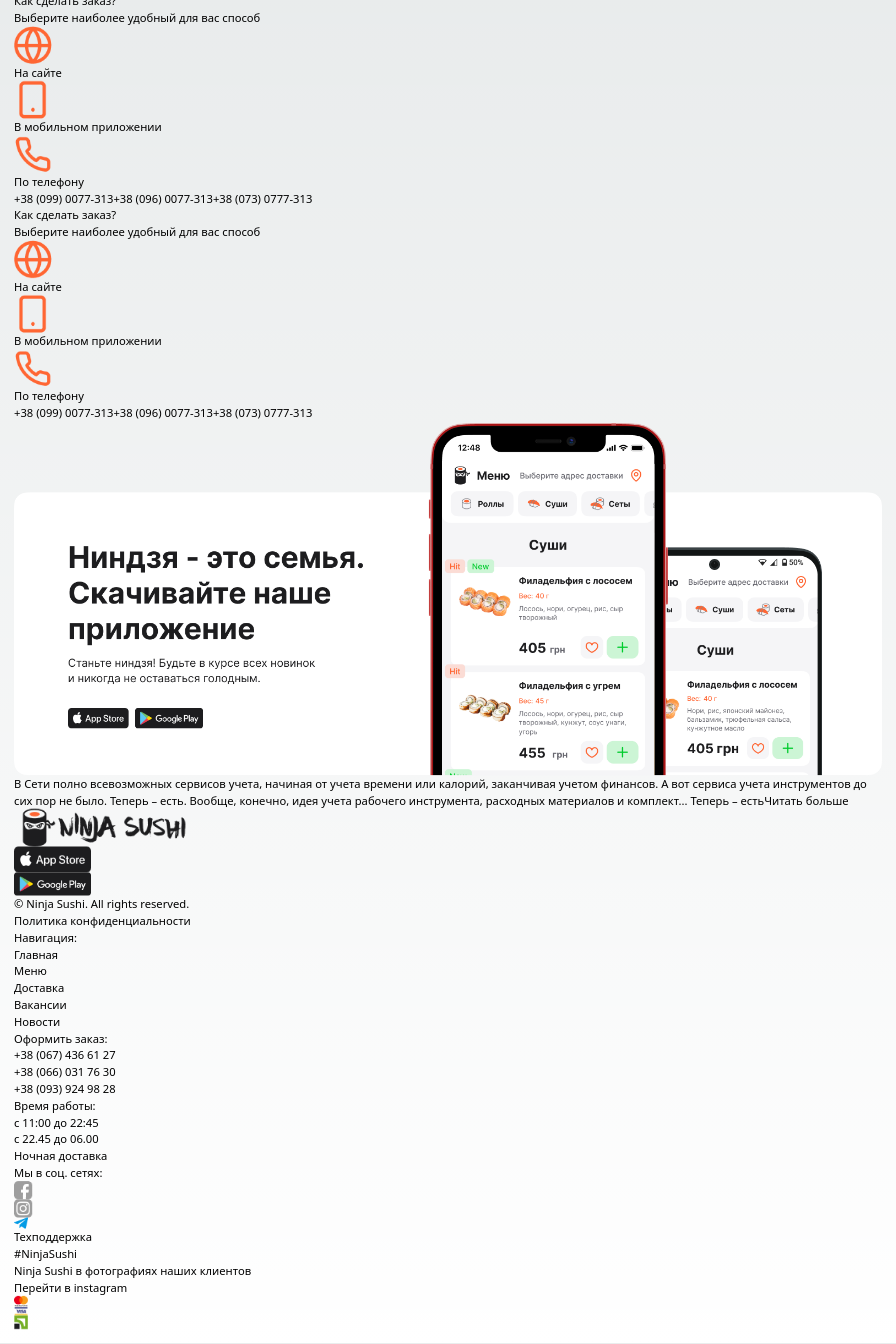
Repository: shokirovG/loyiha
Page: /Delivery
An editor plug-in stored every save of this project. The page is shown before and after a run of saves, followed by the edit.
The browser window is 1280 px wide. The pictures show the part of the page from y = 1675 to 3595 px (the page is 3595 px tall before and 3536 px after), at 70% of full size.
The project was rebuilt for these pictures with package versions that can differ from the ones it lists, and the page was loaded fresh each time. The framework's server and built-in components were replaced by stand-ins that run in the browser. Also part of the build but not shown: next.config.js, Components/Burger.jsx, Components/Categories.jsx, Components/Slider.js, Components/OpenNav.jsx.

Above is the page before, as saved 2023-07-02 15:45:13.

After the next 2 saves:
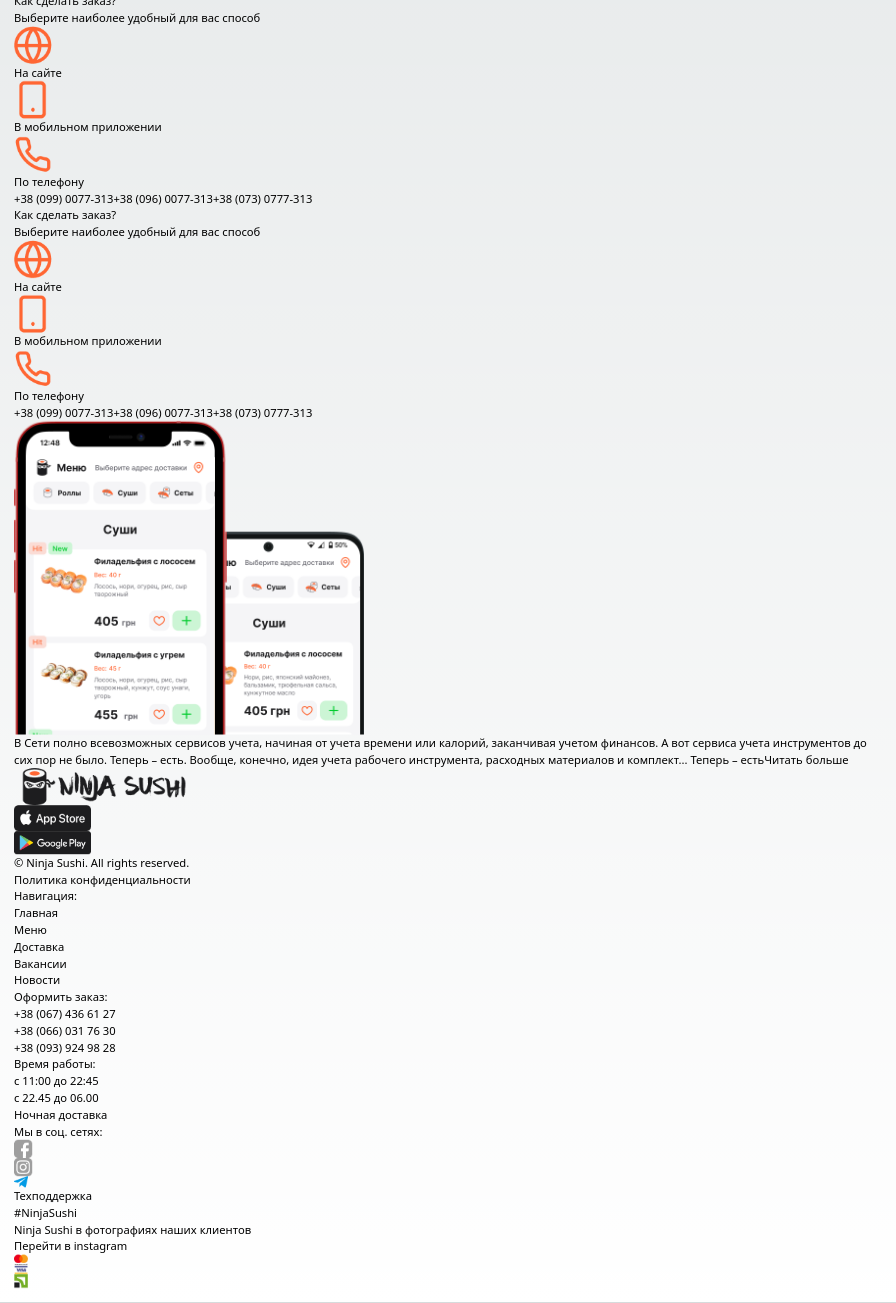
The 2 saves are shown as one change because they came seconds apart.
The last was saved 12 min 22 s later.
--- a/Components/Footer.jsx
+++ b/Components/Footer.jsx
@@ -5,7 +5,7 @@
 const Footer = () => {
   return (
     <div className="bigOne w-[100%] min-h-[160vh] gap-[50px] text-[16px] text-[#9E9E9E] flex flex-col justify-between mt-10">
-      <Image src={"/imgs/play.png"} width={1500} height={644} />
+      <Image src={"/imgs/newTel.png"} width={500} height={644} />
       <p className="paragraph w-[60%] text-center m-auto">
         В Сети полно всевозможных сервисов учета, начиная от учета времени или
         калорий, заканчивая учетом финансов. А вот сервиса учета инструментов до
